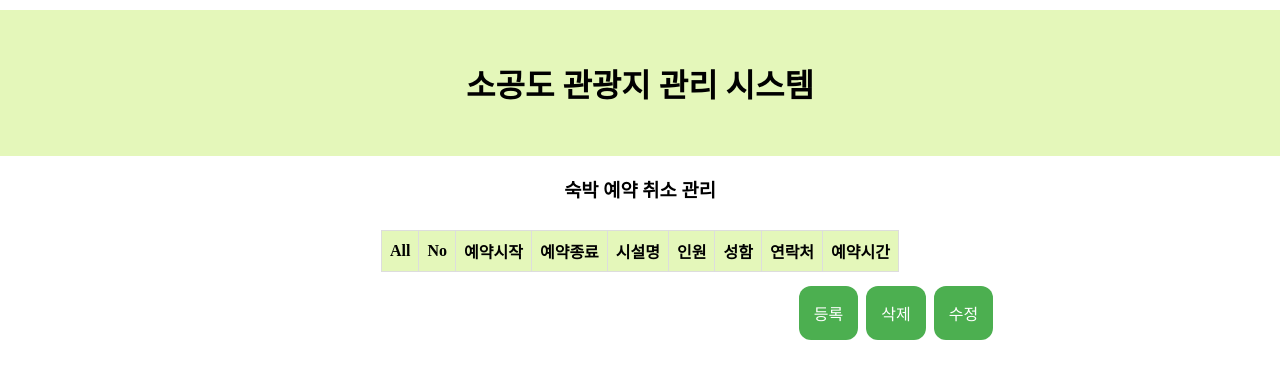
Repository: psyoongsc/SogongDo_Facility
Page: http://localhost/SogongDo_Management_System/Reserv_Cancel_Mgmt/InquiryCancelView.jsp
These files come from the project's save history. The page is drawn as it stood at one moment and after the next save; the edit follows.
The browser window is 1280 px wide. The pictures show the whole page.
The page is served by Tomcat 9. Nobody is signed in. The application's start-up code is not run. Other server files are loaded and not shown.

Above is the page before, as saved 2020-06-26 00:05:44.

### SogongDo_Management_System/WebContent/Reserv_Cancel_Mgmt/InquiryCancelView.jsp
<%@ page language="java" contentType="text/html; charset=UTF-8"
    pageEncoding="UTF-8"%>
<%@ page import="java.util.*" %>
<%@ page import="Reserv_Cancel_Mgmt.persistance.*" %>
<%@ page isELIgnored="false"%>
<!DOCTYPE html PUBLIC "-//W3C//DTD HTML 4.01 Transitional//EN" "http://www.w3.org/TR/html4/loose.dtd">
<html>
<head>
	<title>예약 취소  정보 관리</title>
    <style>
		body{
		    margin: 0;
		    padding: 0;
		    text-align: center;
		}

		th, td {
		    padding: 8px;
		    text-align: center;
		    border-bottom: 1px solid;
		    border: 1px solid;
		}

		thead th{
		    background-color: #E4F7BA;
		}

		table {
		    position: relative;
		    margin: 10px 5px;
		    border-collapse: collapse;
		    display: inline-block;
		    overflow:auto;
		}

		tbody tr:hover {background-color:#f5f5f5;}

        th, td {
            border: 1px solid #ddd;
            border-collapse: collapse;
        }

        .bt {
            position: relative;
		    border-radius: 12px;
		    background-color: #4CAF50;
		    border: none;
		    left: 20%;
		    color: white;
		    padding: 15px;
		    text-align: center;
		    text-decoration: none;
		    display: inline-block;
		    font-size: 16px;
		    margin: 4px 2px;
		    cursor: pointer;
        }
    </style>
</head>
<body>
<%@ include file="../head_banner.jsp" %>
<h3>숙박 예약 취소 관리</h3>
        <div class="content">

            <table>
                <thead>
                    <tr>
                       <th class="a">All</th>
						<th class="b">No</th>
						<th class="c">예약시작</th>
						<th class="d">예약종료</th>
						<th class="e">시설명</th>
						<th class="f">인원</th>
						<th class="g">성함</th>
						<th class="h">연락처</th>
						<th class="i">예약시간</th>
                    </tr>
                </thead>
                <tbody>
					<%
						ArrayList<CancelDTO> list = (ArrayList<CancelDTO>) request.getAttribute("reserve");
								if(list != null) {
									for (CancelDTO dto : list) {
										pageContext.setAttribute("reserve", dto);
					%>
					 <tr>
                       	<td><input class="ch" type="checkbox"></td>
                       	<td class="id"><%= dto.getReservation_ID() %></td>
                       	<td><%= dto.getReservation_Start()%></td>
						<td><%= dto.getReservation_End()%></td>
						<td><%= dto.getFacilities_Name()%></td>
						<td><%= dto.getHeadCount()%></td>
						<td><%= dto.getReservation_Name() %></td>
						<td><%= dto.getReservation_Phone_Number() %></td>
						<td><%= dto.getReservation_Date() %></td>
                    </tr>
					<%}}%>
                </tbody>
            </table>

        </div>

        <div>
        	<button class="bt register">등록</button>
           	<button class="bt delete">삭제</button>
			<button class="bt update">수정</button>
        </div>



	<script>
	window.addEventListener("load",function(){

		const registerbtn = document.querySelector(".register");
		const deletebtn = document.querySelector(".delete");
		const updatebtn = document.querySelector(".update");
		const chbox = document.querySelectorAll(".ch");
		const id = document.querySelectorAll(".id");

		registerbtn.addEventListener("click",()=>{
			//새로운 창 뜨도록 하기
			window.open("/SogongDo_Management_System/Reserv_Cancel_Mgmt/RegisterCancelView.jsp","예약 취소 정보 등록","width=500, height=400, left=300, top=300");
		})

		deletebtn.addEventListener("click",()=>{
			//체크박스에 체크한 id가져오기
			var ids = new Array();
			for(var i=0; i<chbox.length; i++){
				if(chbox[i].checked==true){
					ids.push(id[i].innerText);
				}
			}
			if(ids.length==0){
				alert('삭제할 정보를 선택하세요');
			}else{

				//삭제컨트롤러에 전송~!
				var ox = confirm("예약 취소 정보를 삭제하시겠습니까?");
				if(ox){
					var url = "/SogongDo_Management_System/Reservation/Cancel/delete?";
					url += "cnt="+ids.length+"&";
					for(var i=0;i<ids.length;i++){
						url += "id"+i+"="+ids[i]+"&"
					}
					window.location.href = url;
				}
			}
		})

		updatebtn.addEventListener("click",()=>{
			// 새로운 창 뜨도록 하기
			var cnt = 0;
			var up;
			for(var i=0; i<chbox.length; i++){
				if(chbox[i].checked==true){
					cnt++;
					up = id[i].innerText;
				}
			}
			if(cnt==0){
				alert('수정할 정보를 선택하세요');
			}
			else if(cnt==1){
				window.open("/SogongDo_Management_System/Reservation/Cancel/update/view?id="+up,"예약 취소 정보 수정","width=500, height=400, left=300, top=300");
			}else{
				alert('하나만 선택');
			}
		})

	})
	</script>
</body>
</html>

### SogongDo_Management_System/WebContent/head_banner.jsp
<%@ page language="java" contentType="text/html; charset=UTF-8"
    pageEncoding="UTF-8"%>
<!DOCTYPE html>
<html>
<head>
<meta charset="EUC-KR">
<title>Insert title here</title>
<style>
.bannerContainer {
	text-align: center;
}

.bannerTitle {
	font-size: xx-large;
	font-weight: bold;
	margin: 10px 0px;
	padding: 50px 0px;
	background-color: #E4F7BA;
}
</style>
</head>
<body>
	<div class="bannerContainer bannerTitle" onclick="location.href='/SogongDo_Management_System/index.jsp';">
		소공도 관광지 관리 시스템
	</div>
</body>
</html>

After the next save:
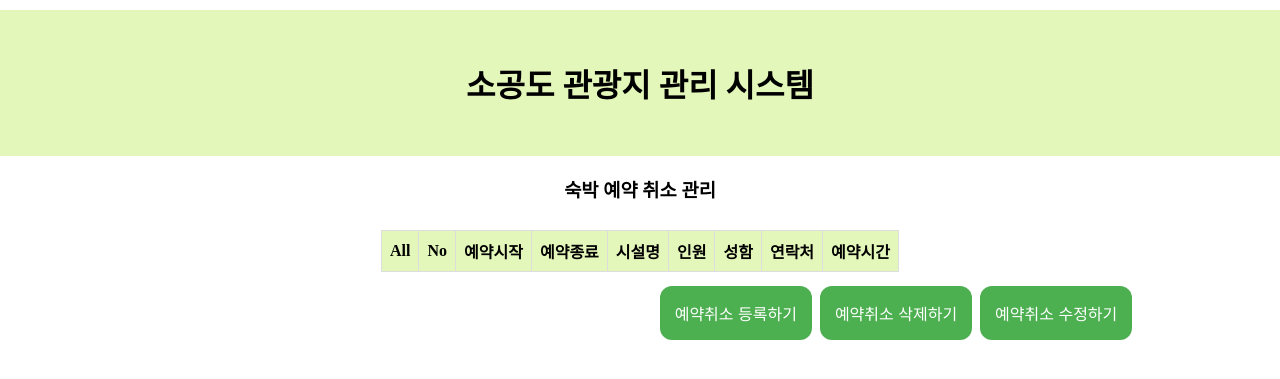
Saved 43 s later.
--- a/SogongDo_Management_System/WebContent/Reserv_Cancel_Mgmt/InquiryCancelView.jsp
+++ b/SogongDo_Management_System/WebContent/Reserv_Cancel_Mgmt/InquiryCancelView.jsp
@@ -101,9 +101,9 @@
         </div>
 
         <div>
-        	<button class="bt register">등록</button>
-           	<button class="bt delete">삭제</button>
-			<button class="bt update">수정</button>
+        	<button class="bt register">예약취소 등록하기</button>
+           	<button class="bt delete">예약취소 삭제하기</button>
+			<button class="bt update">예약취소 수정하기</button>
         </div>
 
 
